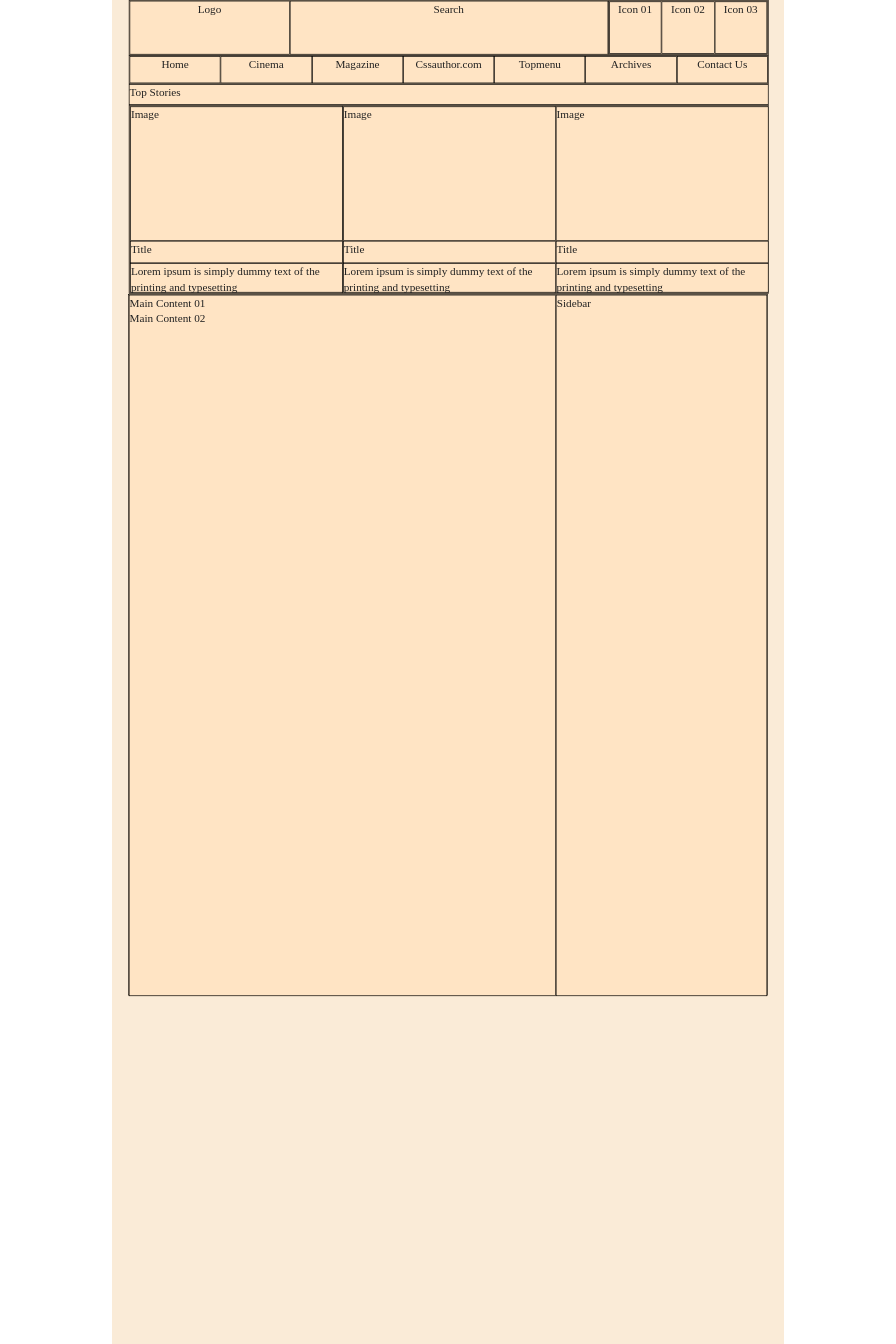
Repository: giovanabirck/cover-magazine-giovanabirck
Page: index.html
These files come from the project's save history. The page is drawn as it stood at one moment and after the next save; the edit follows.
The browser window is 1280 px wide. The pictures show the part of the page from y = 0 to 1920 px (the page is 5000 px tall), at 70% of full size.

Above is the page before, as saved 2023-01-14 11:08:49.

### index.html
<!doctype html>
<html class="no-js" lang="">

<head>
  <meta charset="utf-8">
  <title></title>
  <meta name="description" content="">
  <meta name="viewport" content="width=device-width, initial-scale=1">

  <meta property="og:title" content="">
  <meta property="og:type" content="">
  <meta property="og:url" content="">
  <meta property="og:image" content="">

  <link rel="manifest" href="site.webmanifest">
  <link rel="apple-touch-icon" href="icon.png">
  <!-- Place favicon.ico in the root directory -->

  <link rel="stylesheet" href="css/normalize.css">
  <link rel="stylesheet" href="css/main.css">

  <meta name="theme-color" content="#fafafa">
</head>

<body>

  <div class="main-container">

    <div class="header">
      <div class="header-content">
        <div class="header-content-logo">Logo</div>
        <div class="header-content-search">Search</div>
        <div class="header-content-icons">
          <div class="header-content-icons-un">Icon 01</div>
          <div class="header-content-icons-un">Icon 02</div>
          <div class="header-content-icons-un">Icon 03</div>
        </div>
      </div>
      <div class="header-menu">
        <div class="header-menu-un">Home</div>
        <div class="header-menu-un">Cinema</div>
        <div class="header-menu-un">Magazine</div>
        <div class="header-menu-un">Cssauthor.com</div>
        <div class="header-menu-un">Topmenu</div>
        <div class="header-menu-un">Archives</div>
        <div class="header-menu-un">Contact Us</div>
      </div>
    </div>

    <div class="featured">
      <div class="featured-h1">Top Stories</div>
      <div class="featured-stories">
        <div class="featured-stories-un">
          <div class="featured-stories-un-image">Image</div>
          <div class="featured-stories-un-title">Title</div>
          <div class="featured-stories-un-text">Lorem ipsum is simply dummy text of the printing and typesetting</div>
        </div>
        <div class="featured-stories-un">
          <div class="featured-stories-un-image">Image</div>
          <div class="featured-stories-un-title">Title</div>
          <div class="featured-stories-un-text">Lorem ipsum is simply dummy text of the printing and typesetting</div>
        </div>
        <div class="featured-stories-un">
          <div class="featured-stories-un-image">Image</div>
          <div class="featured-stories-un-title">Title</div>
          <div class="featured-stories-un-text">Lorem ipsum is simply dummy text of the printing and typesetting</div>
        </div>
      </div>
    </div>

    <div class="main">
      <div class="main-content">
        <div class="main-content-un">Main Content 01</div>
        <div class="main-content-un">Main Content 02</div>
      </div>
      <div class="main-side">Sidebar</div>
    </div>



  </div>

  <script src="js/vendor/modernizr-3.11.2.min.js"></script>
  <script src="js/plugins.js"></script>
  <script src="js/main.js"></script>

  <!-- Google Analytics: change UA-XXXXX-Y to be your site's ID. -->
  <script>
    window.ga = function () { ga.q.push(arguments) }; ga.q = []; ga.l = +new Date;
    ga('create', 'UA-XXXXX-Y', 'auto'); ga('set', 'anonymizeIp', true); ga('set', 'transport', 'beacon'); ga('send', 'pageview')
  </script>
  <script src="https://www.google-analytics.com/analytics.js" async></script>
</body>

</html>

### css/main.css
/*! HTML5 Boilerplate v8.0.0 | MIT License | https://html5boilerplate.com/ */

/* main.css 2.1.0 | MIT License | https://github.com/h5bp/main.css#readme */
/*
 * What follows is the result of much research on cross-browser styling.
 * Credit left inline and big thanks to Nicolas Gallagher, Jonathan Neal,
 * Kroc Camen, and the H5BP dev community and team.
 */

/* ==========================================================================
   Base styles: opinionated defaults
   ========================================================================== */

html {
  color: #222;
  font-size: 1em;
  line-height: 1.4;
  margin: 0px 160px 0px 160px;
}

/*
 * Remove text-shadow in selection highlight:
 * https://twitter.com/miketaylr/status/12228805301
 *
 * Vendor-prefixed and regular ::selection selectors cannot be combined:
 * https://stackoverflow.com/a/16982510/7133471
 *
 * Customize the background color to match your design.
 */

::-moz-selection {
  background: #b3d4fc;
  text-shadow: none;
}

::selection {
  background: #b3d4fc;
  text-shadow: none;
}

/*
 * A better looking default horizontal rule
 */

hr {
  display: block;
  height: 1px;
  border: 0;
  border-top: 1px solid #ccc;
  margin: 1em 0;
  padding: 0;
}

/*
 * Remove the gap between audio, canvas, iframes,
 * images, videos and the bottom of their containers:
 * https://github.com/h5bp/html5-boilerplate/issues/440
 */

audio,
canvas,
iframe,
img,
svg,
video {
  vertical-align: middle;
}

/*
 * Remove default fieldset styles.
 */

fieldset {
  border: 0;
  margin: 0;
  padding: 0;
}

/*
 * Allow only vertical resizing of textareas.
 */

textarea {
  resize: vertical;
}

/* ==========================================================================
   Author's custom styles
   ========================================================================== */

/* ==========================================================================
   Helper classes
   ========================================================================== */

/*
 * Hide visually and from screen readers
 */

.hidden,
[hidden] {
  display: none !important;
}

/*
 * Hide only visually, but have it available for screen readers:
 * https://snook.ca/archives/html_and_css/hiding-content-for-accessibility
 *
 * 1. For long content, line feeds are not interpreted as spaces and small width
 *    causes content to wrap 1 word per line:
 *    https://medium.com/@jessebeach/beware-smushed-off-screen-accessible-text-5952a4c2cbfe
 */

.sr-only {
  border: 0;
  clip: rect(0, 0, 0, 0);
  height: 1px;
  margin: -1px;
  overflow: hidden;
  padding: 0;
  position: absolute;
  white-space: nowrap;
  width: 1px;
  /* 1 */
}

/*
 * Extends the .sr-only class to allow the element
 * to be focusable when navigated to via the keyboard:
 * https://www.drupal.org/node/897638
 */

.sr-only.focusable:active,
.sr-only.focusable:focus {
  clip: auto;
  height: auto;
  margin: 0;
  overflow: visible;
  position: static;
  white-space: inherit;
  width: auto;
}

/*
 * Hide visually and from screen readers, but maintain layout
 */

.invisible {
  visibility: hidden;
}

/*
 * Clearfix: contain floats
 *
 * For modern browsers
 * 1. The space content is one way to avoid an Opera bug when the
 *    `contenteditable` attribute is included anywhere else in the document.
 *    Otherwise it causes space to appear at the top and bottom of elements
 *    that receive the `clearfix` class.
 * 2. The use of `table` rather than `block` is only necessary if using
 *    `:before` to contain the top-margins of child elements.
 */

.clearfix::before,
.clearfix::after {
  content: " ";
  display: table;
}

.clearfix::after {
  clear: both;
}

/* ==========================================================================
   EXAMPLE Media Queries for Responsive Design.
   These examples override the primary ('mobile first') styles.
   Modify as content requires.
   ========================================================================== */

@media only screen and (min-width: 35em) {
  /* Style adjustments for viewports that meet the condition */
}

@media print,
  (-webkit-min-device-pixel-ratio: 1.25),
  (min-resolution: 1.25dppx),
  (min-resolution: 120dpi) {
  /* Style adjustments for high resolution devices */
}

/* ==========================================================================
   Print styles.
   Inlined to avoid the additional HTTP request:
   https://www.phpied.com/delay-loading-your-print-css/
   ========================================================================== */

@media print {
  *,
  *::before,
  *::after {
    background: #fff !important;
    color: #000 !important;
    /* Black prints faster */
    box-shadow: none !important;
    text-shadow: none !important;
  }

  a,
  a:visited {
    text-decoration: underline;
  }

  a[href]::after {
    content: " (" attr(href) ")";
  }

  abbr[title]::after {
    content: " (" attr(title) ")";
  }

  /*
   * Don't show links that are fragment identifiers,
   * or use the `javascript:` pseudo protocol
   */
  a[href^="#"]::after,
  a[href^="javascript:"]::after {
    content: "";
  }

  pre {
    white-space: pre-wrap !important;
  }

  pre,
  blockquote {
    border: 1px solid #999;
    page-break-inside: avoid;
  }

  /*
   * Printing Tables:
   * https://web.archive.org/web/20180815150934/http://css-discuss.incutio.com/wiki/Printing_Tables
   */
  thead {
    display: table-header-group;
  }

  tr,
  img {
    page-break-inside: avoid;
  }

  p,
  h2,
  h3 {
    orphans: 3;
    widows: 3;
  }

  h2,
  h3 {
    page-break-after: avoid;
  }
}

.main-container{
  background-color: antiquewhite;
  width: 100%;
  height: 5000px;
  display: flex;
  flex-direction: column;
  align-items: center;
}

.header {
  width: 95%;
  height: 120px;
  display: flex;
  flex-direction: column;
  justify-content: center;
}

.header-content{
  background-color: bisque;
  border: solid 1px black;
  width: 100%;
  height: 80px;
  display: flex;
}

.header-content-logo{
  background-color: bisque;
  border: solid 1px black;
  width: 33%;
  text-align: center;
}

.header-content-search{
  background-color: bisque;
  border: solid 1px black;
  width: 66%;
  text-align: center;
}

.header-content-icons{
  background-color: bisque;
  border: solid 1px black;
  width: 33%;
  text-align: center;
  display: flex;
}

.header-content-icons-un{
  background-color: bisque;
  border: solid 1px black;
  width: 100%;
  text-align: center;
}

.header-menu{
  background-color: bisque;
  border: solid 1px black;
  width: 100%;
  height: 40px;
  text-align: center;
  display: flex;
}

.header-menu-un{
  background-color: bisque;
  border: solid 1px black;
  width: 100%;
  text-align: center;
}

.featured{
  width: 95%;
  height: 300px;
  display: flex;
  flex-direction: column;
}

.featured-h1{
  background-color: bisque;
  border: solid 1px black;
  width: 100%;
  height: 40px;
}

.featured-stories{
  background-color: bisque;
  border: solid 1px black;
  width: 100%;
  height: 300px;
  display: flex;
}

.featured-stories-un{
  background-color: bisque;
  border: solid 1px black;
  width: 100%;
}

.featured-stories-un-image{
  background-color: bisque;
  border: solid 1px black;
  width: 100%;
  height: 190px;
}

.featured-stories-un-title{
  background-color: bisque;
  border: solid 1px black;
  width: 100%;
  height: 30px;
}

.featured-stories-un-text{
  background-color: bisque;
  border: solid 1px black;
  width: 100%;
  height: 40px;
}

.main{
  background-color: bisque;
  border: solid 1px black;
  width: 95%;
  height: 1000px;
  display: flex;
}

.main-content{
  background-color: bisque;
  border: solid 1px black;
  width: 67%;
  height: 1000px;
  display: flex;
  flex-direction: column;
}

.main-content-un{

}

.main-side{
  background-color: bisque;
  border: solid 1px black;
  width: 33%;
  height: 1000px;
}

### js/plugins.js
// Avoid `console` errors in browsers that lack a console.
(function() {
  var method;
  var noop = function () {};
  var methods = [
    'assert', 'clear', 'count', 'debug', 'dir', 'dirxml', 'error',
    'exception', 'group', 'groupCollapsed', 'groupEnd', 'info', 'log',
    'markTimeline', 'profile', 'profileEnd', 'table', 'time', 'timeEnd',
    'timeline', 'timelineEnd', 'timeStamp', 'trace', 'warn'
  ];
  var length = methods.length;
  var console = (window.console = window.console || {});

  while (length--) {
    method = methods[length];

    // Only stub undefined methods.
    if (!console[method]) {
      console[method] = noop;
    }
  }
}());

// Place any jQuery/helper plugins in here.

Loaded but not shown: css/normalize.css (library); js/vendor/modernizr-3.11.2.min.js (library); js/main.js (no stored copy; drawn as an empty file)

After the next save:
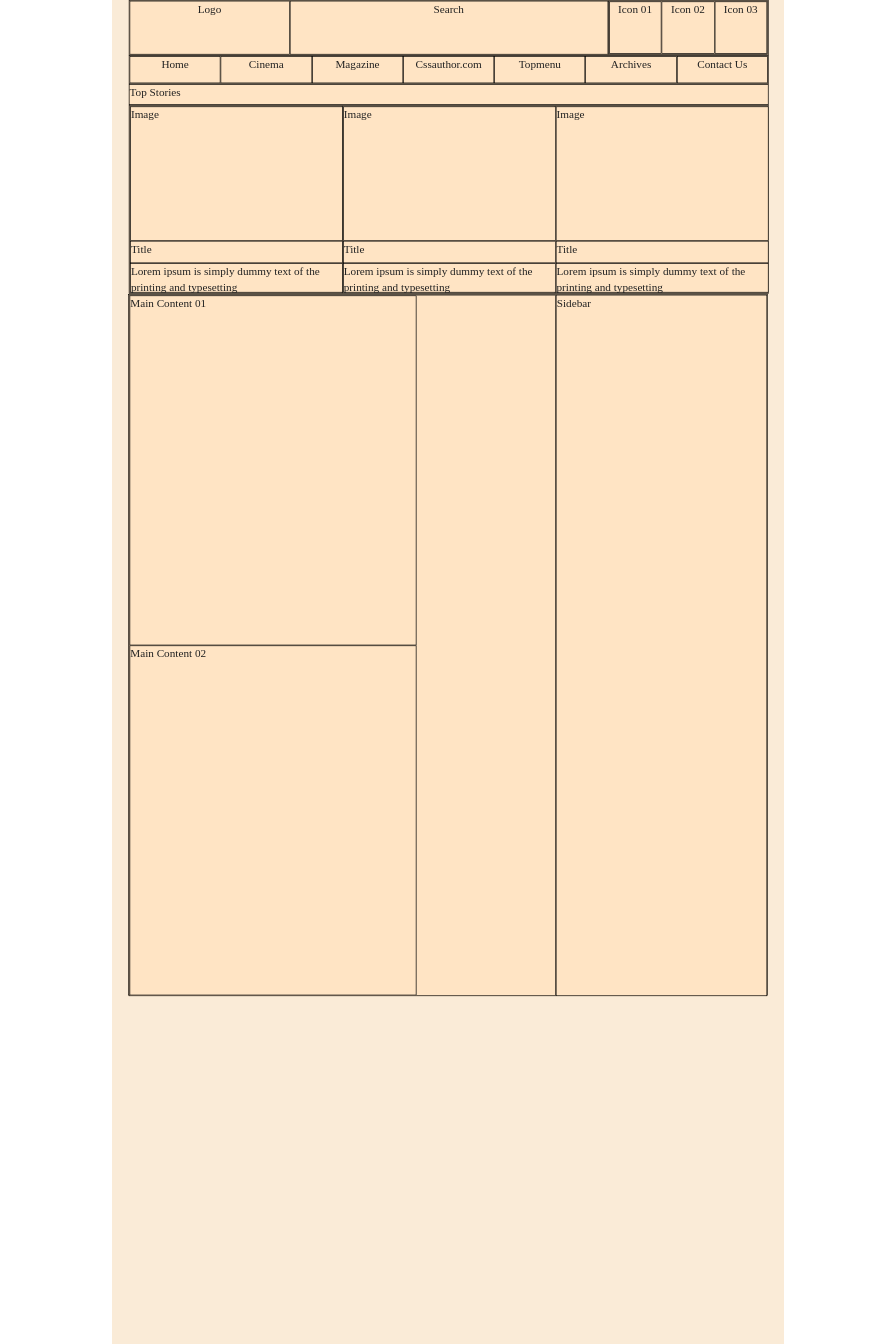
Saved 6 s later.
--- a/css/main.css
+++ b/css/main.css
@@ -399,7 +399,12 @@
 }
 
 .main-content-un{
-
+  background-color: bisque;
+  border: solid 1px black;
+  width: 67%;
+  height: 1000px;
+  display: flex;
+  flex-direction: column;
 }
 
 .main-side{
